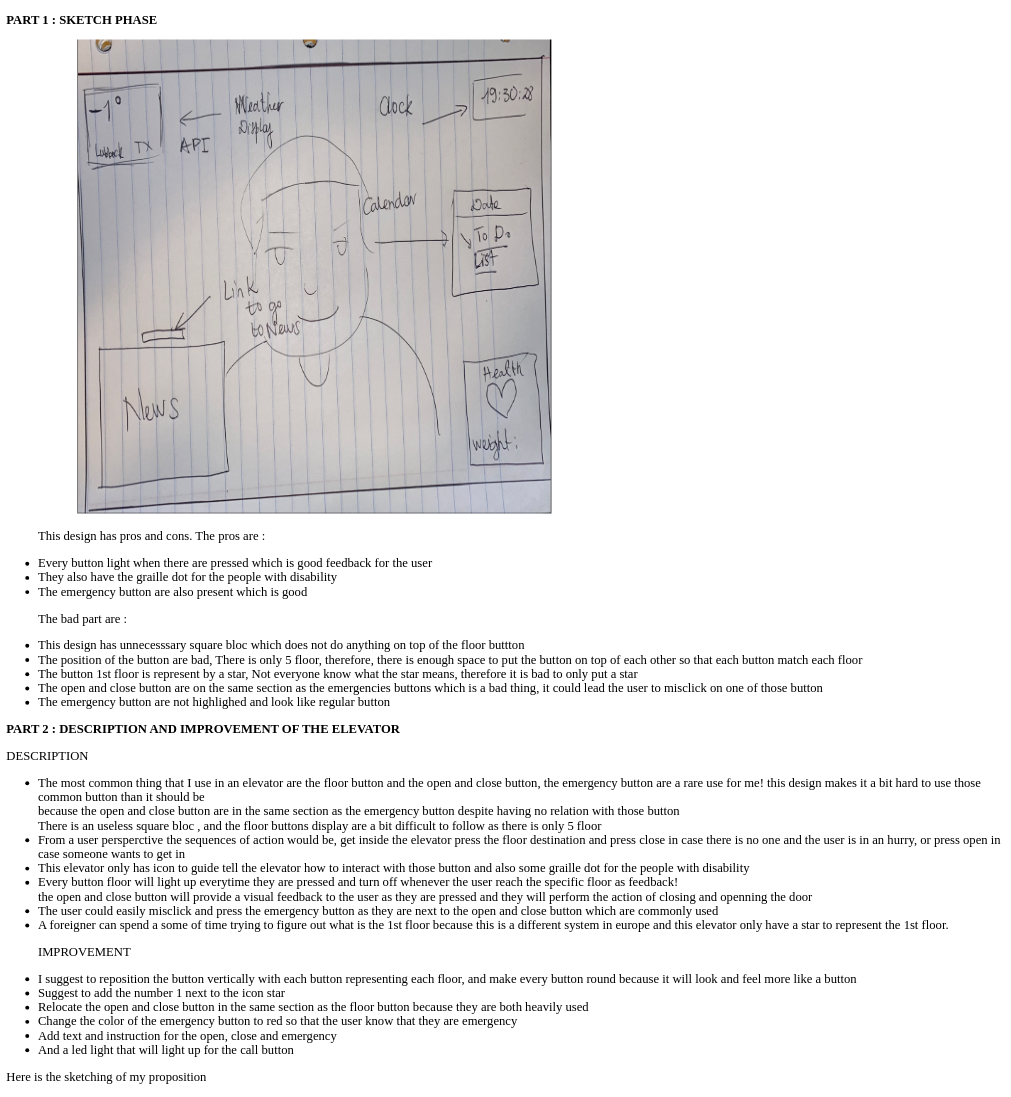
Repository: Chrisrk99/Chrisrk99.github-io
Page: index.html
These files come from the project's save history. The page is drawn as it stood at one moment and after the next save; the edit follows.
The browser window is 1280 px wide. The pictures show the whole page, at 79% of full size.

Above is the page before, as saved 2022-11-15 20:43:10.

After the next save:
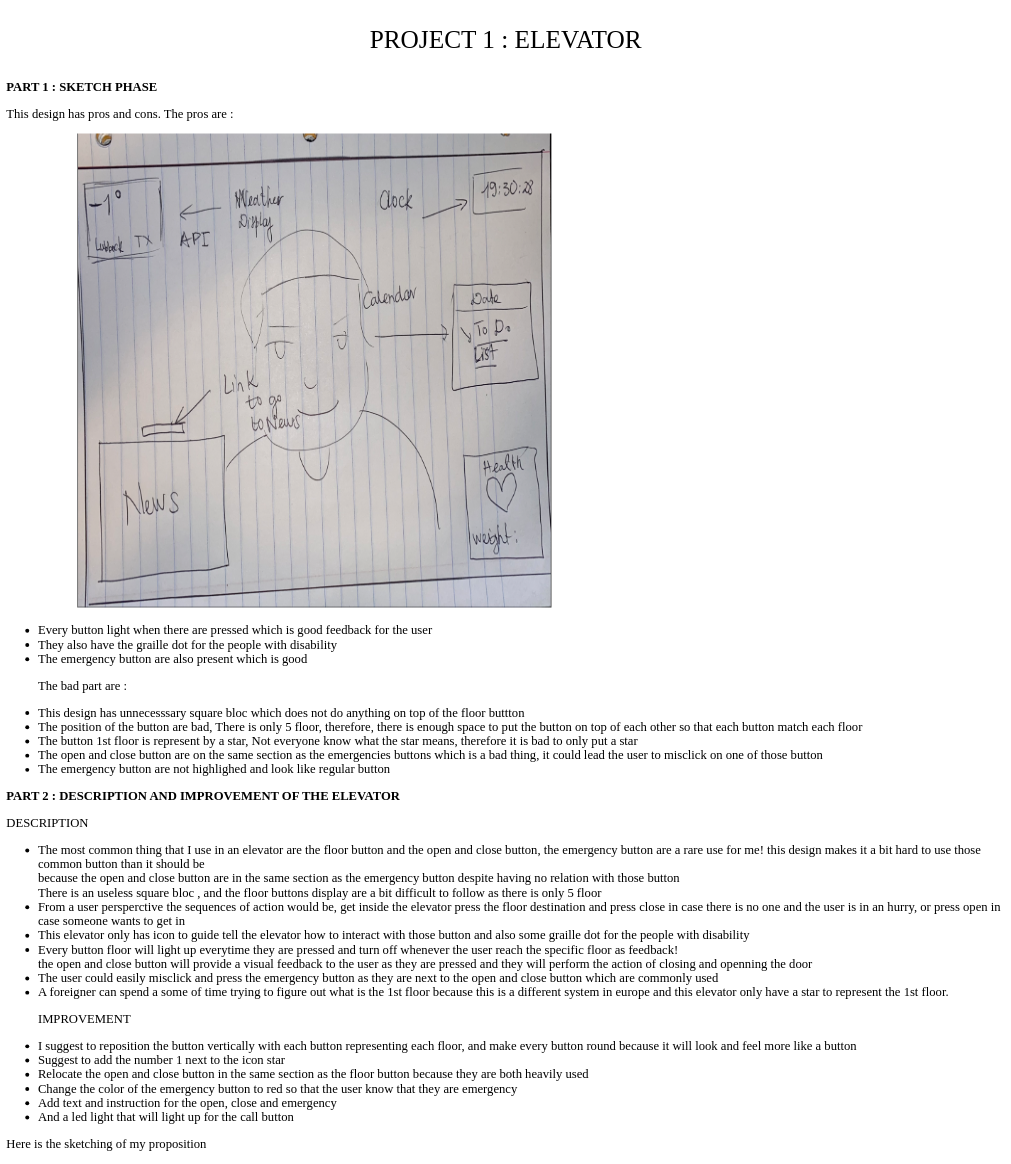
Saved 3 min 22 s later.
--- a/index.html
+++ b/index.html
@@ -2,13 +2,17 @@
 <html>
 <body>
 
+
+  <p class="title" style="text-align: center; font-size:xx-large; "> PROJECT 1 : ELEVATOR </p>
   <p> <b>PART 1 : SKETCH PHASE </b>  </p>
 
+
+  <p>This design has pros and cons. The pros are :</p>
 
   <img  style="height: 600px; width:600px; margin-left:90px" src="SKETCH.png" >
 
   <ul>
-   <p>This design has pros and cons. The pros are :</p>
+
    <li>Every button light when there are pressed which is good feedback for the user</li>
    <li>They also have the graille dot for the people with disability</li>
    <li>The emergency button are also present which is good</li>
